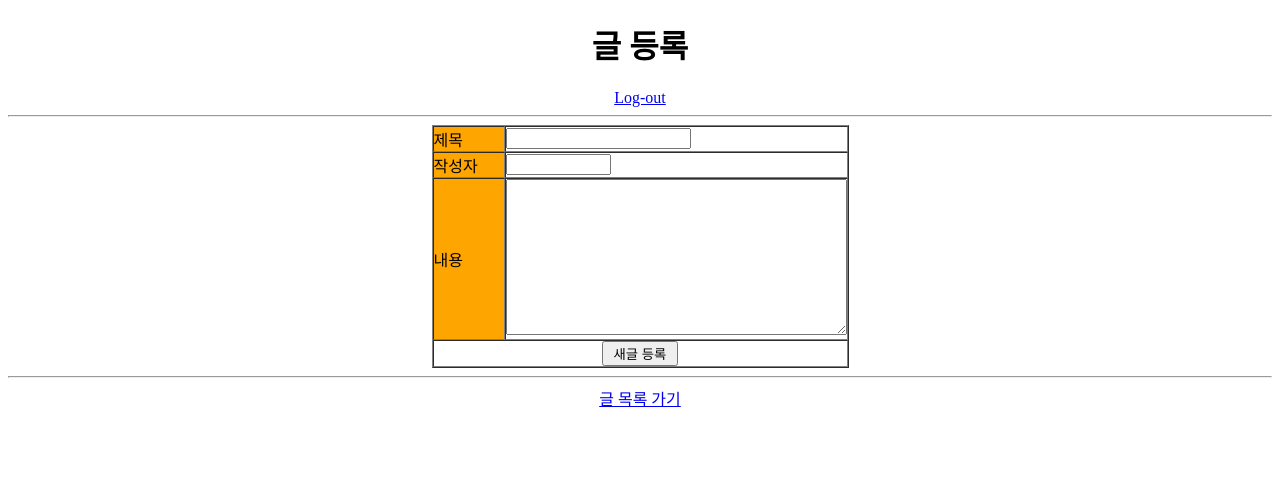
Repository: bjkim247/Spring
Page: http://localhost/BoardWeb/insertBoard.jsp
These files come from the project's save history. The page is drawn as it stood at one moment and after the next save; the edit follows.
The browser window is 1280 px wide. The pictures show the whole page.
The page is served by Tomcat 9. Nobody is signed in. The application's start-up code is not run.

Above is the page before, as saved 2023-12-20 07:04:30.

After the next save:
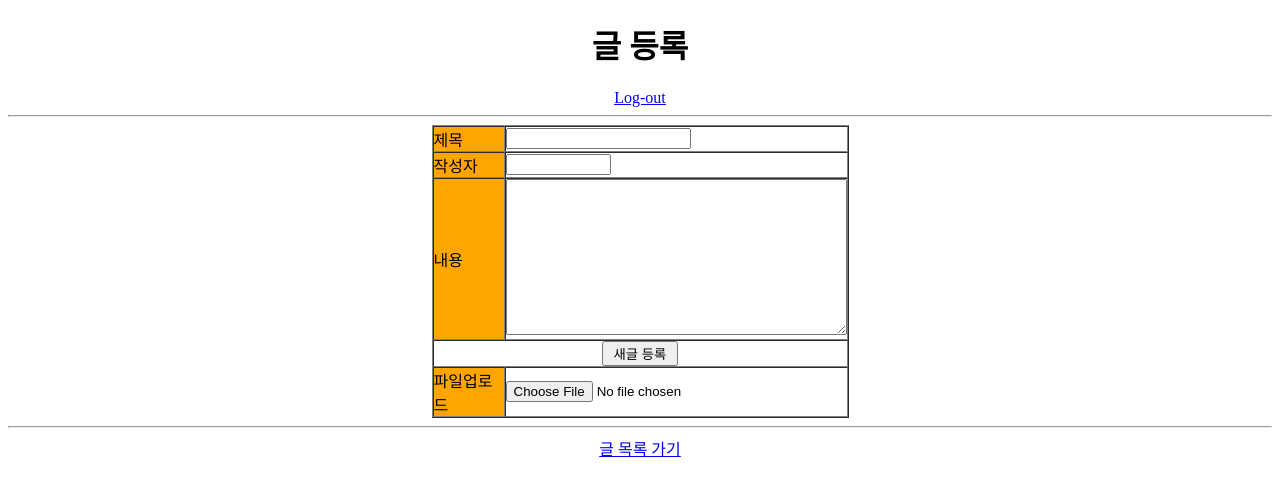
Saved 105 s later.
--- a/BoardWeb/src/main/webapp/insertBoard.jsp
+++ b/BoardWeb/src/main/webapp/insertBoard.jsp
@@ -11,7 +11,7 @@
 	<h1>글 등록</h1>
 	<a href="logout.do">Log-out</a>
 	<hr>
-	<form action="insertBoard.do" method="post">
+	<form action="insertBoard.do" method="post" enctype="multipart/form-data">
 		<table border="1" cellpadding="0" cellspacing="0">
 			<tr>
 				<td bgcolor="orange" width="70">제목</td>
@@ -30,6 +30,10 @@
 				<td colspan="2" align="center"><input type="submit"
 					value=" 새글 등록 " /></td>
 			</tr>
+			<tr>
+				<td bgcolor="orange" width="70">파일업로드</td>
+				<td align="left"><input type="file" name="uploadFile"></td>
+			</tr>
 		</table>
 	</form>
 	<hr>
